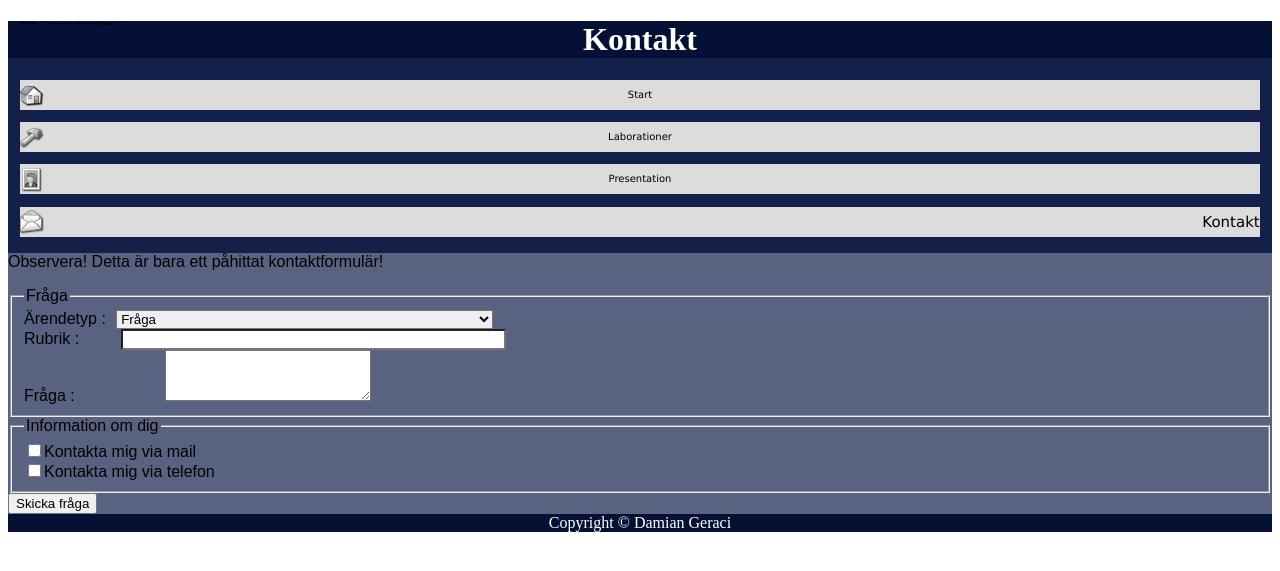
Repository: dg222dm/1ik415-laborationer
Page: pages/kontakt.html
The author's editor kept a record of every edit. The page is drawn from the files as they stood at one moment, then again after the next edit.
The browser window is 1280 px wide. The pictures show the whole page.

Above is the page before.

After the next edit:
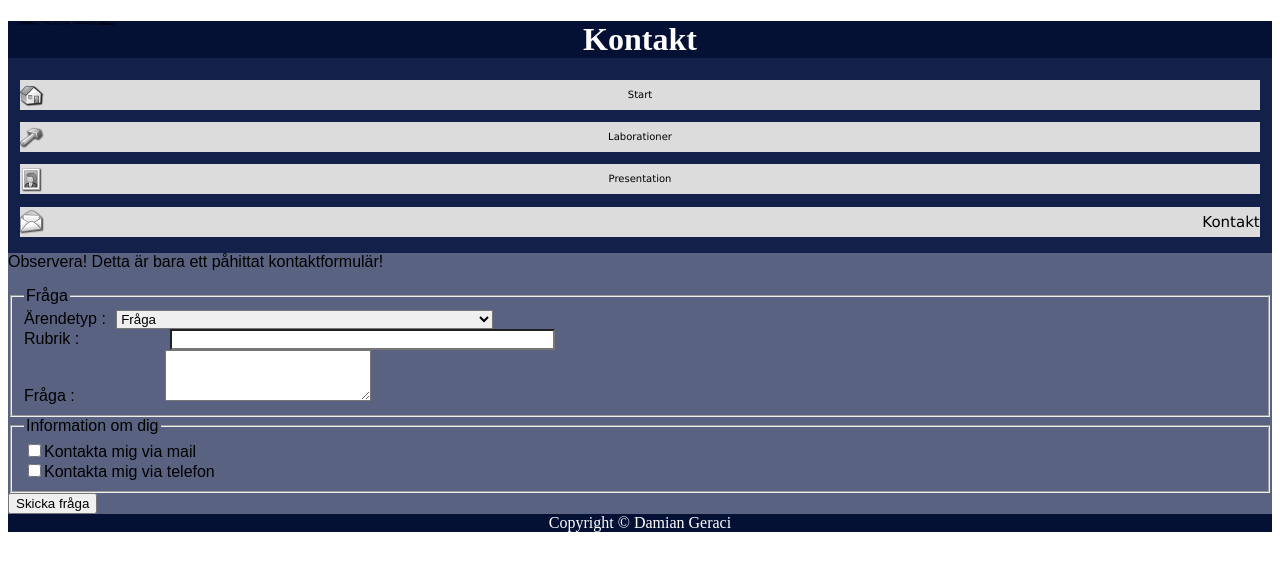
The edit:
--- a/css/mobile.css
+++ b/css/mobile.css
@@ -129,7 +129,7 @@
 
 #text {
     border-radius:0.48%;
-    margin-left:3.41%;
+    margin-left:7.41%;
     width: 30.57%;
 }
 
